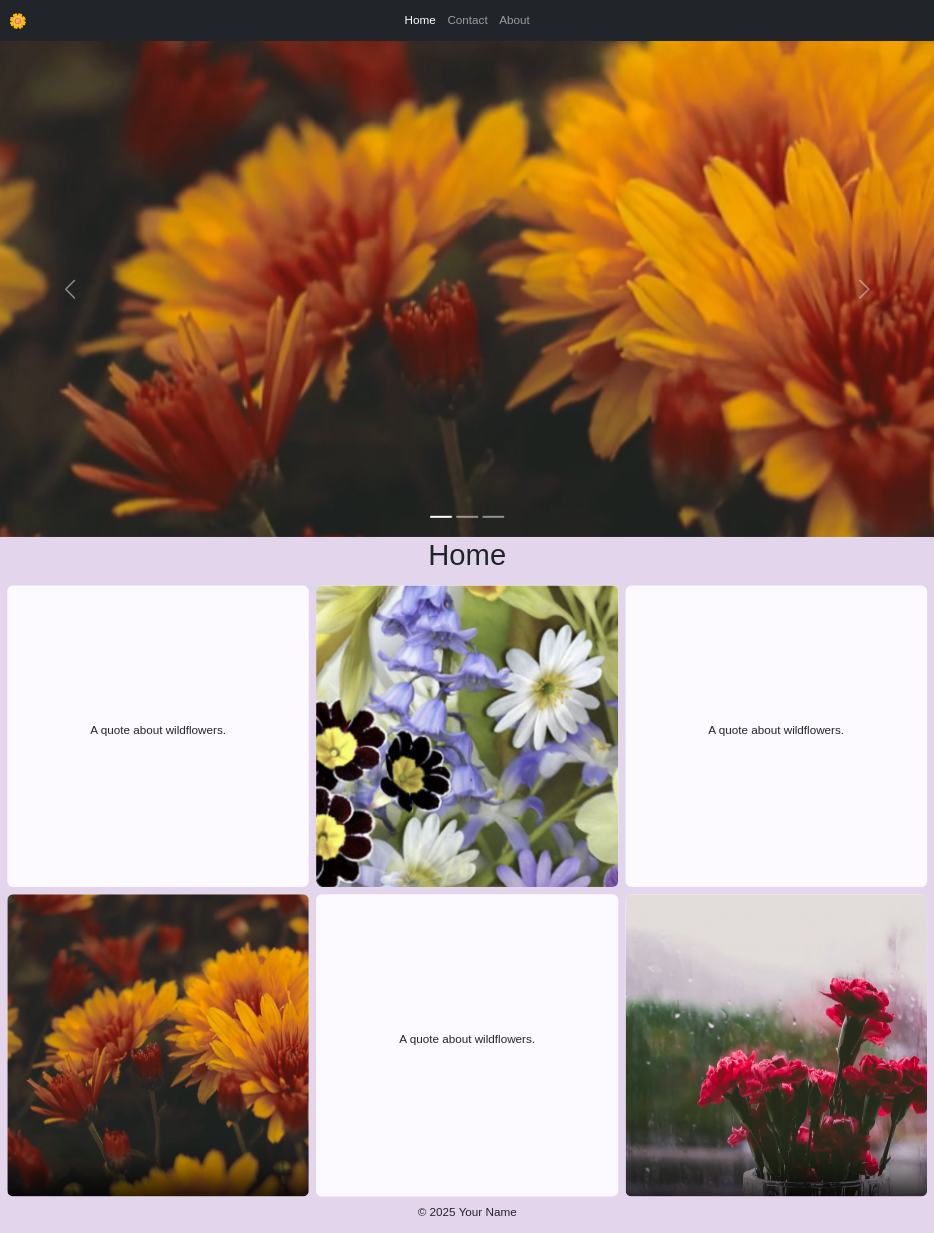
Repository: Brittany-Westlund/WebDesign
Page: FinalProject/index.html
The author's editor kept a copy of each file at every save. The page is drawn from the files as they stood at one save, then again after the next save.
The browser window is 1280 px wide. The pictures show the whole page, at 73% of full size.
Some web fonts or font styles are not loaded; a fallback is used.

Above is the page before, as saved 2025-06-16 19:48:51.

After the next save:
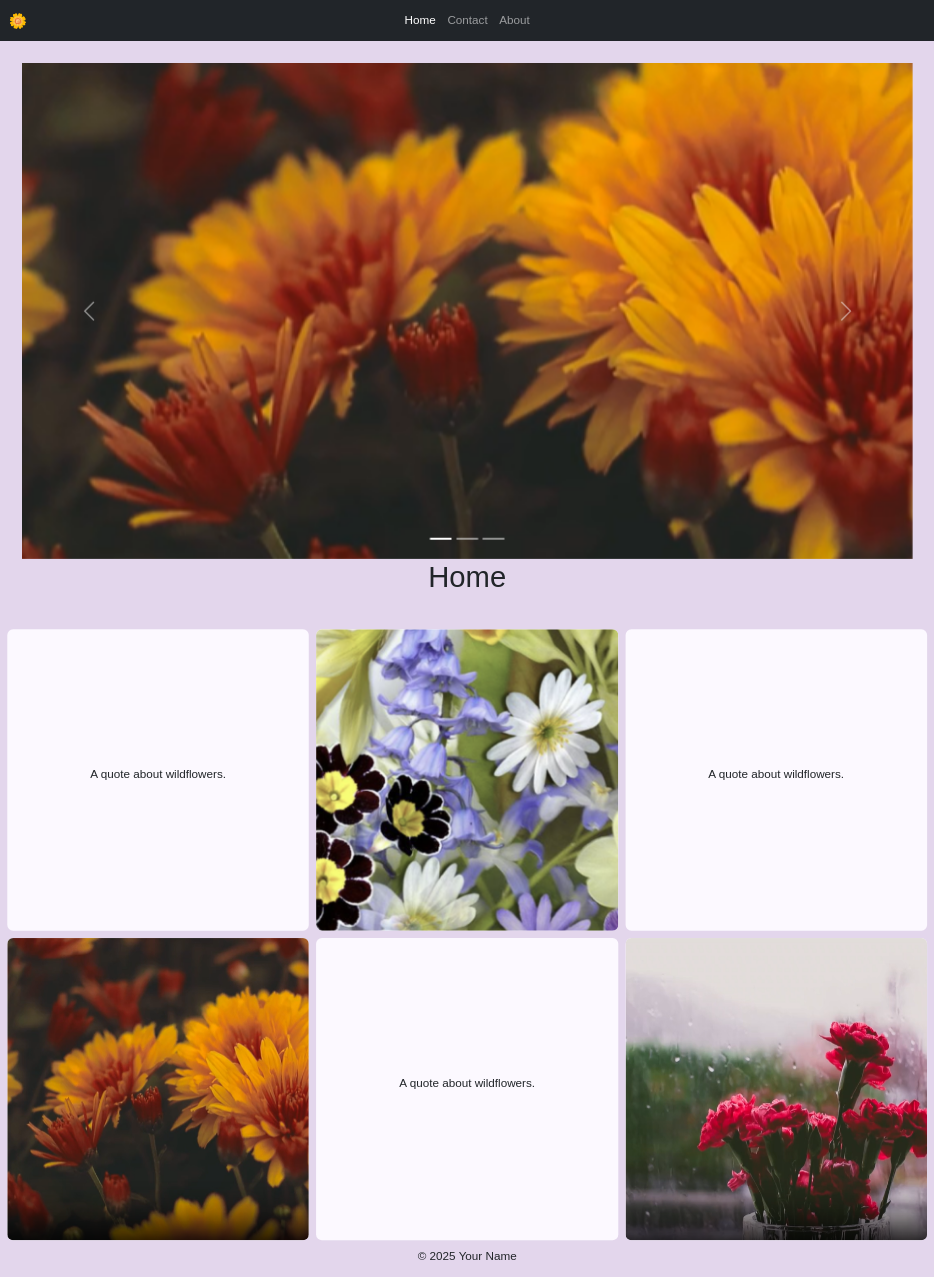
Saved 25 s later.
--- a/FinalProject/style/style.css
+++ b/FinalProject/style/style.css
@@ -17,6 +17,7 @@
 
 header {
   text-align: center;
+  padding: 30px;
 }
 
 .carousel-item img {

After the save that followed:
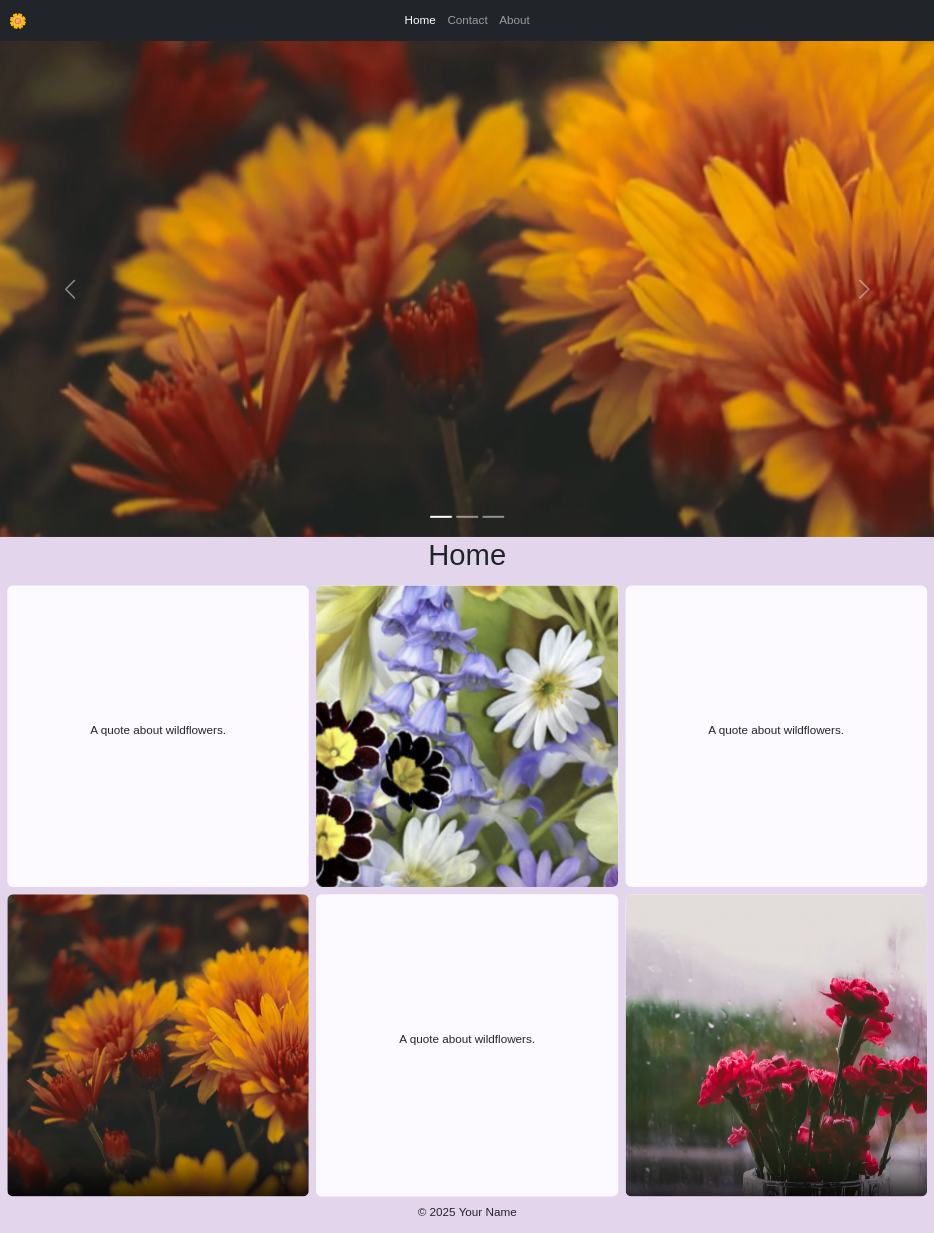
Saved 16 s later.
--- a/FinalProject/style/style.css
+++ b/FinalProject/style/style.css
@@ -17,7 +17,6 @@
 
 header {
   text-align: center;
-  padding: 30px;
 }
 
 .carousel-item img {
